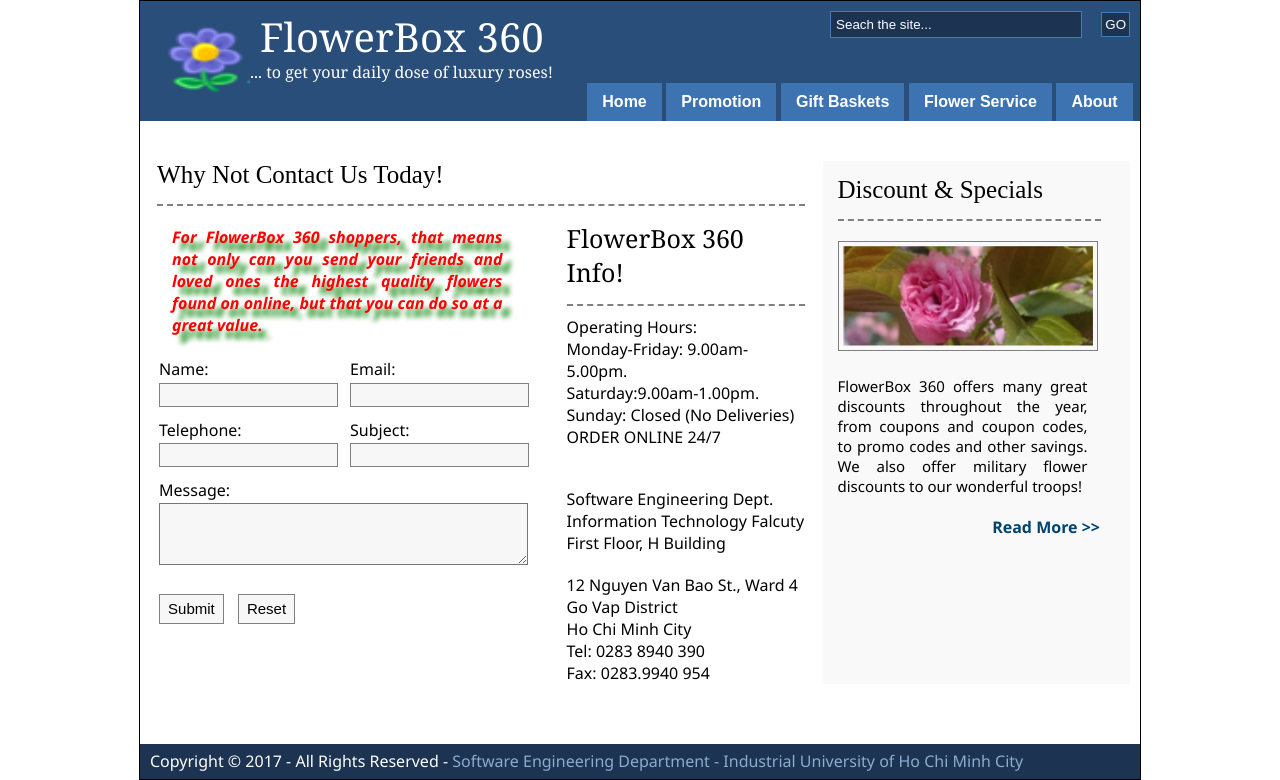
Repository: thu1365/BTKT_WEB
Page: HTML/btkt.html
The author's editor kept a copy of each file at every save. The page is drawn from the files as they stood at one save, then again after the next save.
The browser window is 1280 px wide. The pictures show the whole page.

Above is the page before, as saved 2023-03-11 21:34:41.

After the next save:
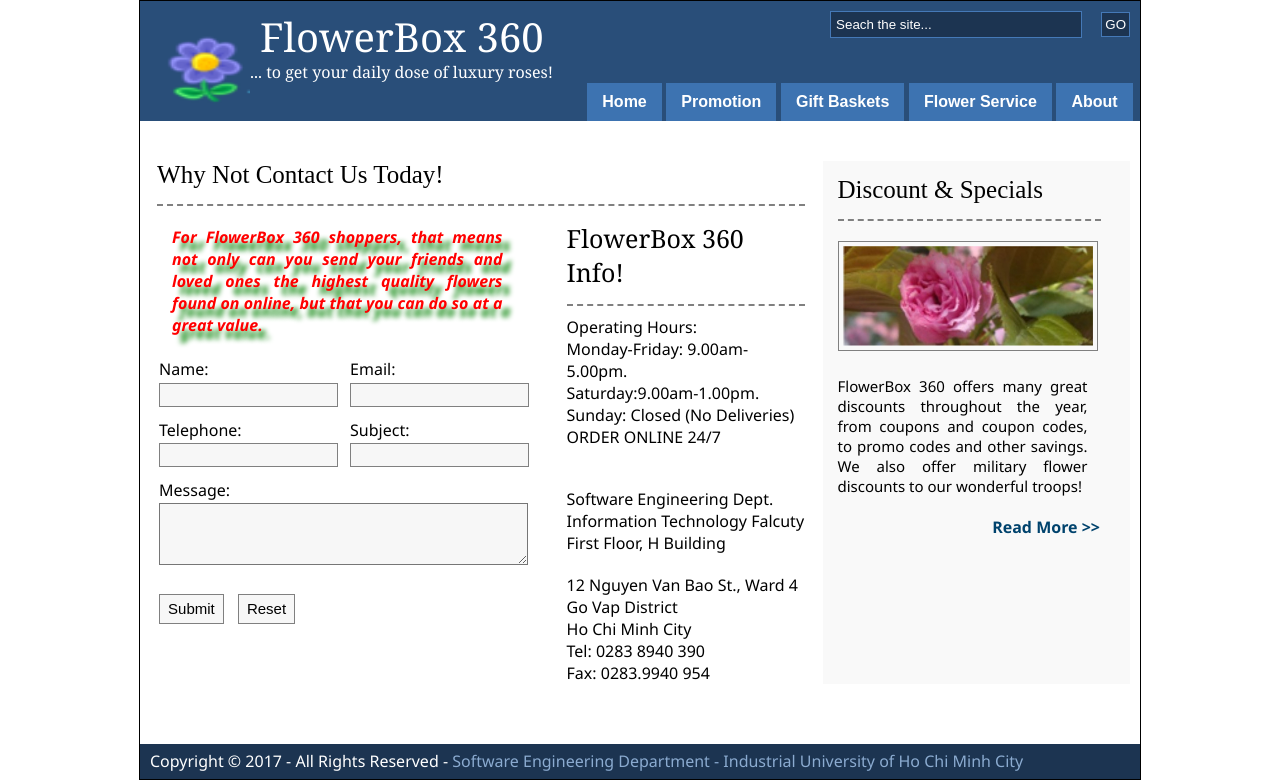
Saved 9 s later.
--- a/HTML/btkt.html
+++ b/HTML/btkt.html
@@ -29,7 +29,7 @@
         .logo {
             position: relative;
             left: 10px;
-            top: 10px;
+            top: 20px;
             width: 100px;
             height: 100px;
         }

After the save that followed:
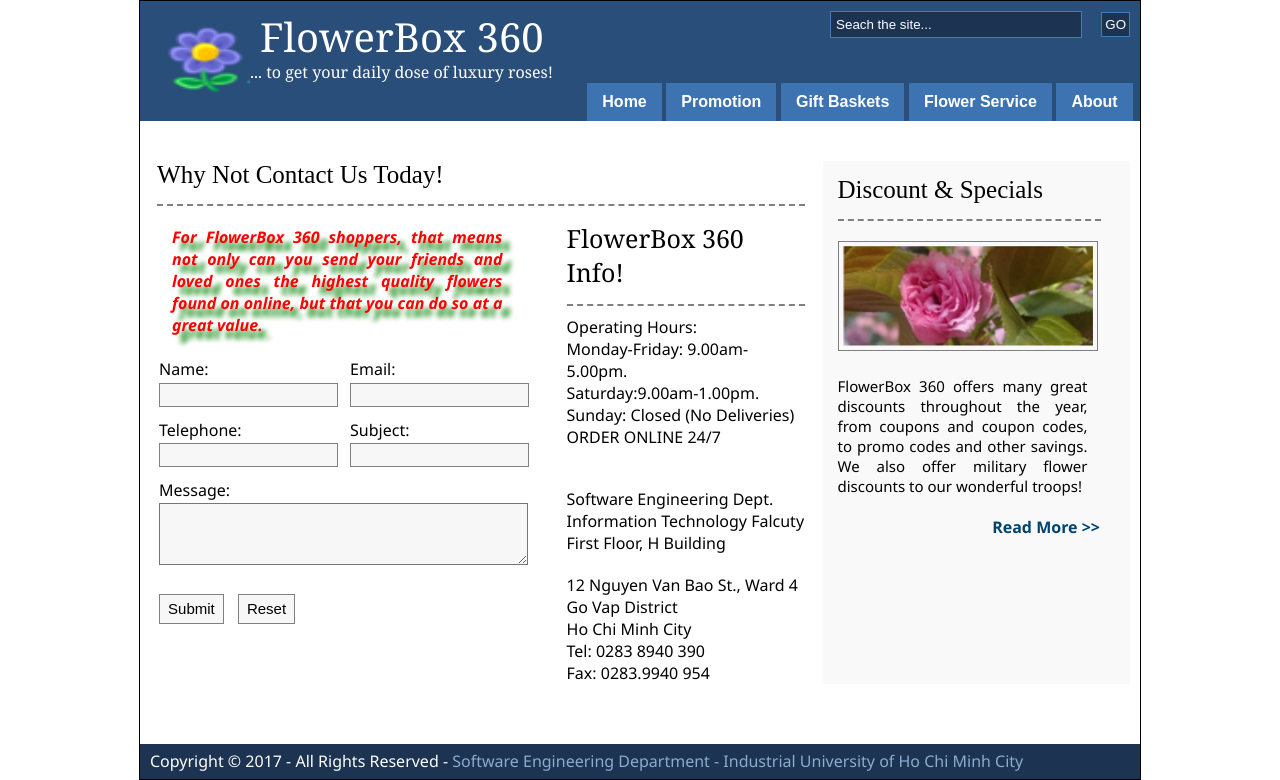
Saved 4 s later.
--- a/HTML/btkt.html
+++ b/HTML/btkt.html
@@ -29,7 +29,7 @@
         .logo {
             position: relative;
             left: 10px;
-            top: 20px;
+            top: 10px;
             width: 100px;
             height: 100px;
         }
